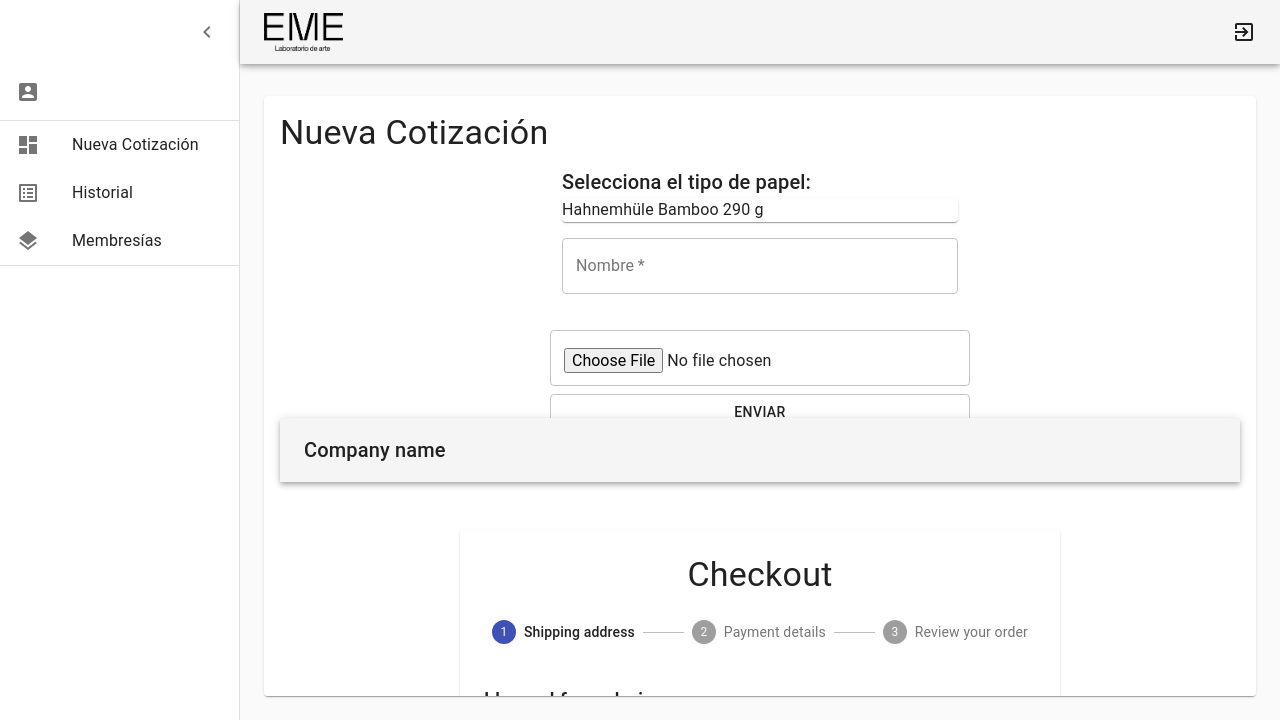
Repository: BrendaCarranco/eme-lab
Page: /Trabajo
These files come from the project's save history. The page is drawn as it stood at one moment and after the next save; the edit follows.
The browser window is 1280 px wide. The pictures show the whole page.
An inner scrolling area shows only its first screen. Some web libraries are served in a nearby version. The project was rebuilt for these pictures with package versions that can differ from the ones it lists, and the page was loaded fresh each time. Also part of the build but not shown: src/components/buildingPage/Building.js, src/temaConfig.js, src/components/buildingPage/Landing.js, src/components/login/Reset.js, src/components/Dashboard/Historial.js, src/components/Dashboard/Membresias.js, src/components/Dashboard/SizeForm.js, src/components/Dashboard/Review.js and 6 more.

Above is the page before, as saved 2020-08-30 19:27:31.

After the next save:
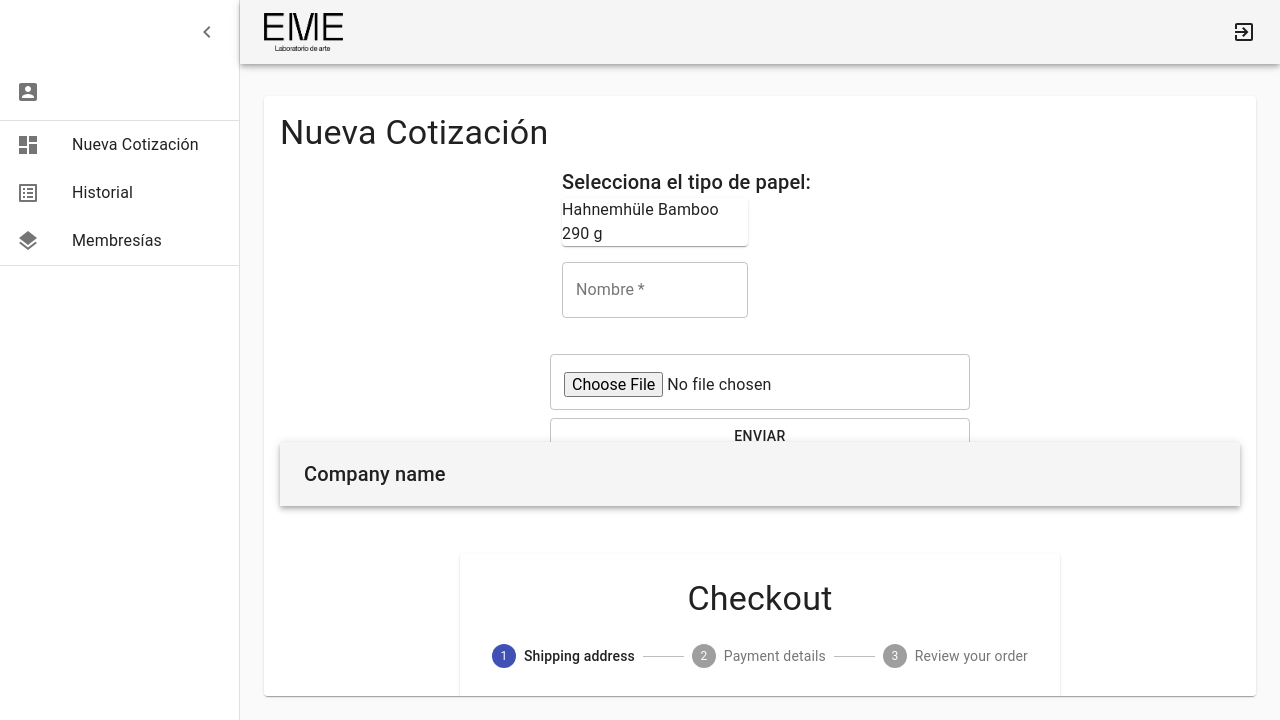
Saved 14 s later.
--- a/src/components/Dashboard/Cotizacion.js
+++ b/src/components/Dashboard/Cotizacion.js
@@ -99,7 +99,7 @@ const Cotizacion = ({ firebaseUser, setUsersFiles, usersFiles }) => {
        </Typography>
         <form onSubmit={handleSubmit}>
         <Grid container spacing={3}>
-          <Grid item xs={12} sm={12}>
+          <Grid item xs={12} sm={6}>
           <Paper>
             <Typography>
               Hahnemhüle Bamboo  290 g
